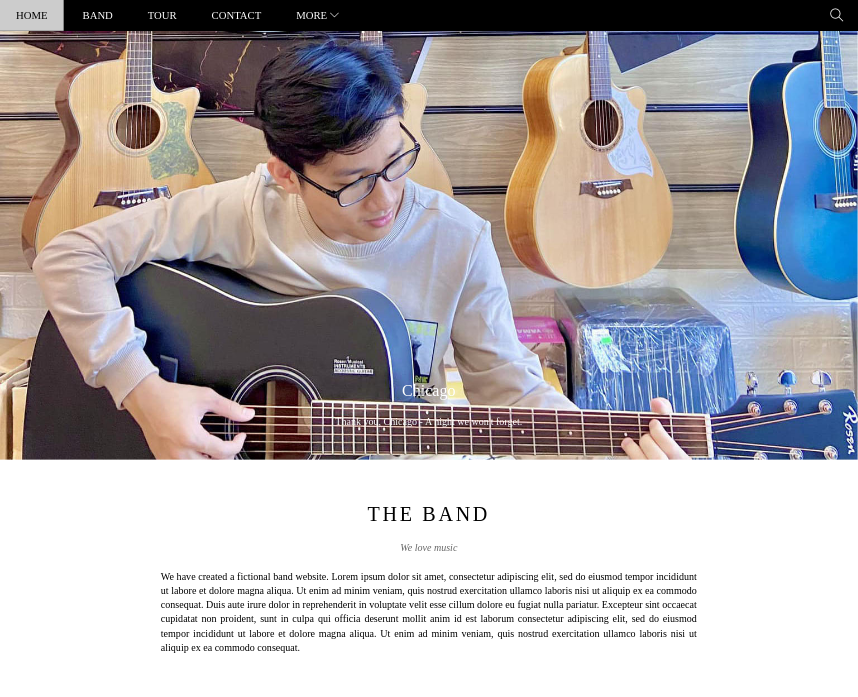
Repository: quochung2k3/Web-Team
Page: index.html
An editor plug-in stored every save of this project. The page is shown before and after the next save, followed by the edit.
The browser window is 1280 px wide. The pictures show the whole page, at 67% of full size.

Above is the page before, as saved 2023-08-05 09:18:52.

After the next save:
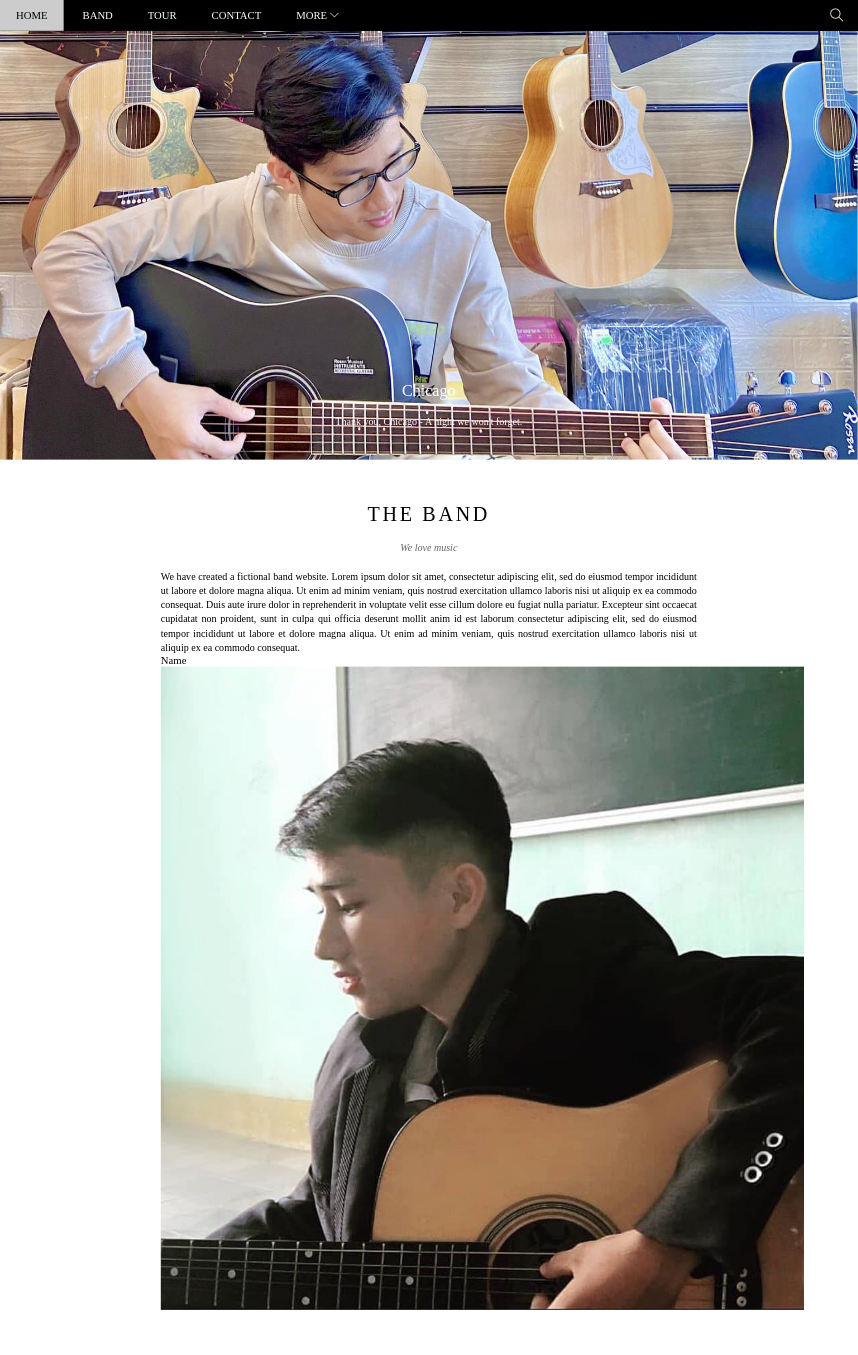
Saved 5 min 18 s later.
--- a/index.html
+++ b/index.html
@@ -47,7 +47,12 @@
                     We have created a fictional band website. Lorem ipsum dolor sit amet, consectetur adipiscing elit, sed do eiusmod tempor incididunt ut labore et dolore magna aliqua. Ut enim ad minim veniam, quis nostrud exercitation ullamco laboris nisi ut aliquip ex ea commodo consequat. Duis aute irure dolor in reprehenderit in voluptate velit esse cillum dolore eu fugiat nulla pariatur. Excepteur sint occaecat cupidatat non proident, sunt in culpa qui officia deserunt mollit anim id est laborum consectetur adipiscing elit, sed do eiusmod tempor incididunt ut labore et dolore magna aliqua. Ut enim ad minim veniam, quis nostrud exercitation ullamco laboris nisi ut aliquip ex ea commodo consequat.
 
                 </p>
-
+                <div class="member-list">
+                    <div class="member-items">
+                        <p class="member-name">Name</p>
+                        <img src="./assets/img/slider2.jpg" alt="" class="member-img">
+                    </div>
+                </div>
             </div>
         </div>
 
